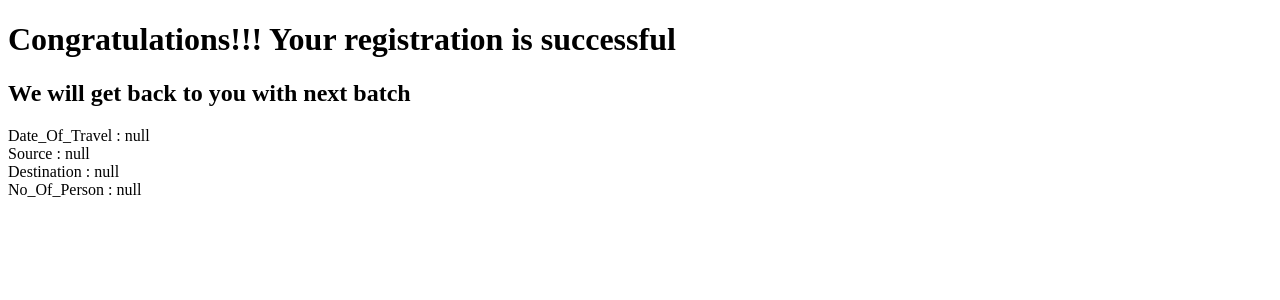
Repository: RamJangid/AdvanceJavaDone
Page: http://localhost/FlyAway/showFlight.jsp
The author's editor kept a copy of each file at every save. The page is drawn from the files as they stood at one save, then again after the next save.
The browser window is 1280 px wide. The pictures show the whole page.
The page is served by Tomcat 10. The template is opened directly, without the code that normally fills it, so the values that code supplies are empty.

Above is the page before, as saved 2022-09-20 13:39:30.

After the next save:
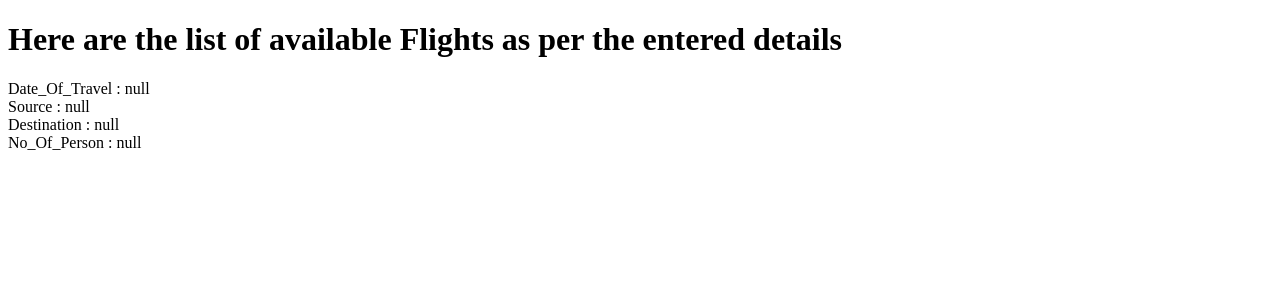
Saved 56 s later.
--- a/FlyAway/src/main/webapp/showFlight.jsp
+++ b/FlyAway/src/main/webapp/showFlight.jsp
@@ -7,8 +7,8 @@
 <title>Show data</title>
 </head>
 <body>
-		<h1>Congratulations!!! Your registration is successful</h1>
-		<h2>We will get back to you with next batch</h2>
+		<h1>Here are the list of available Flights as per the entered details</h1>
+
 		Date_Of_Travel : <%= request.getAttribute("D_Of_Trvl") %>
 		<br>
 		Source : <%= request.getAttribute("SRC") %>
